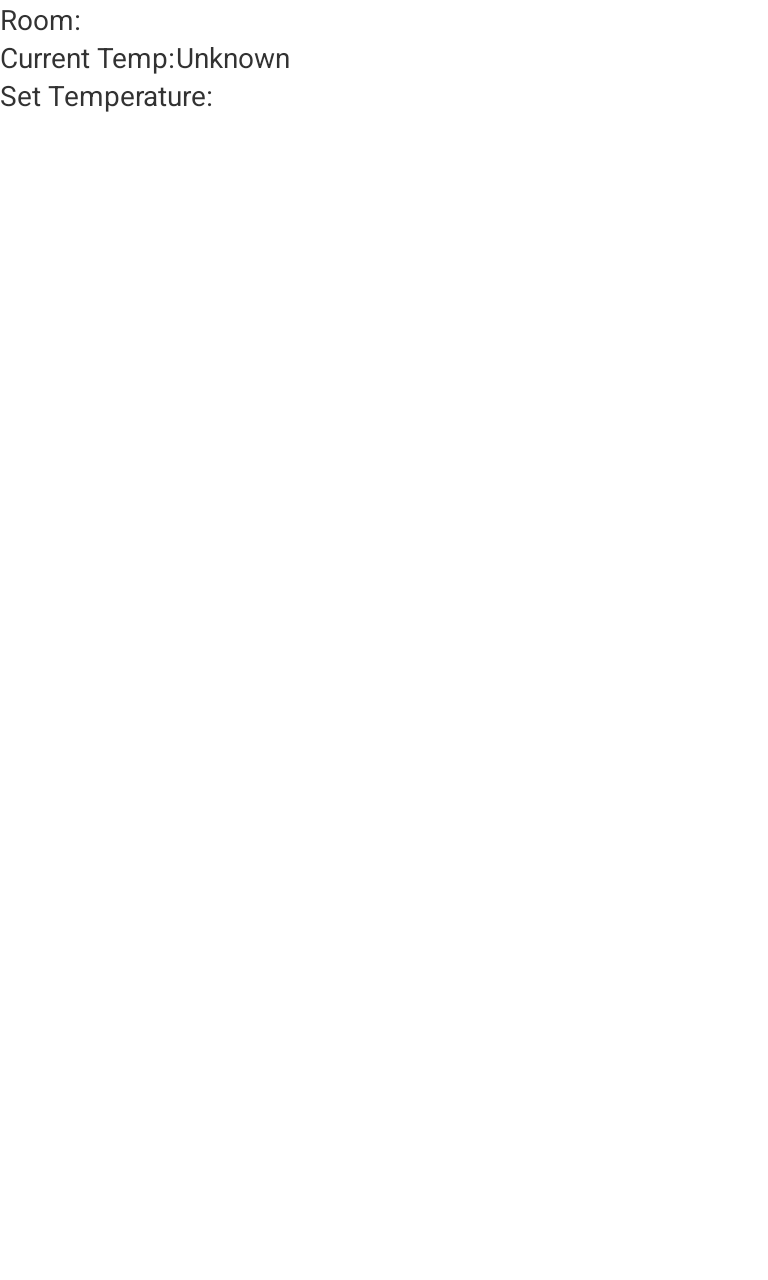
Repository: finerrecliner/SmartVent
Layout: SmartVent/res/layout/activity_room.xml
These files come from the project's save history. The layout is drawn as it stood at one moment and after the next save; the edit follows.
It is drawn on a 768 x 1280 px phone screen (xhdpi) without system bars, with theme AppTheme; the app's code is not run.

Above is the layout before, as saved 2013-11-02 17:46:20.

### SmartVent/res/layout/activity_room.xml
<LinearLayout xmlns:android="http://schemas.android.com/apk/res/android"
    xmlns:tools="http://schemas.android.com/tools"
    android:layout_width="match_parent"
    android:layout_height="match_parent"
    android:gravity="fill_vertical"
    android:orientation="vertical"
    tools:context=".RoomActivity" >

    <TextView
        android:layout_width="match_parent"
        android:layout_height="wrap_content"
        android:text="@string/room_label" />

    <LinearLayout
        android:id="@+id/current_temp_row"
        android:layout_width="match_parent"
        android:layout_height="wrap_content" >

        <TextView
            android:layout_width="wrap_content"
            android:layout_height="wrap_content"
            android:text="@string/current_temp" />

        <TextView
            android:id="@+id/current_temp_val"
            android:layout_width="wrap_content"
            android:layout_height="wrap_content"
            android:layout_gravity="right"
            android:text="@string/unknown" />
    </LinearLayout>

    <LinearLayout
        android:id="@+id/set_temp_row"
        android:layout_width="match_parent"
        android:layout_height="wrap_content" >

        <TextView
            android:layout_width="wrap_content"
            android:layout_height="wrap_content"
            android:text="@string/set_temperature" />


    </LinearLayout>

</LinearLayout>

### SmartVent/res/values/strings.xml
<?xml version="1.0" encoding="utf-8"?>
<resources>

    <string name="app_name">SmartVent</string>
    <string name="hello_world">Hello world!</string>
    <string name="menu_settings">Settings</string>
    <string name="current_temp">Current Temp:</string>
    <string name="room_label">Room:</string>
    <string name="set_temperature">Set Temperature:</string>
    <string name="unknown">Unknown</string>

</resources>

Loaded but not shown: SmartVent/res/values/styles.xml (common file); SmartVent/res/values-v11/styles.xml (common file); SmartVent/res/values-v14/styles.xml (common file)

After the next save:
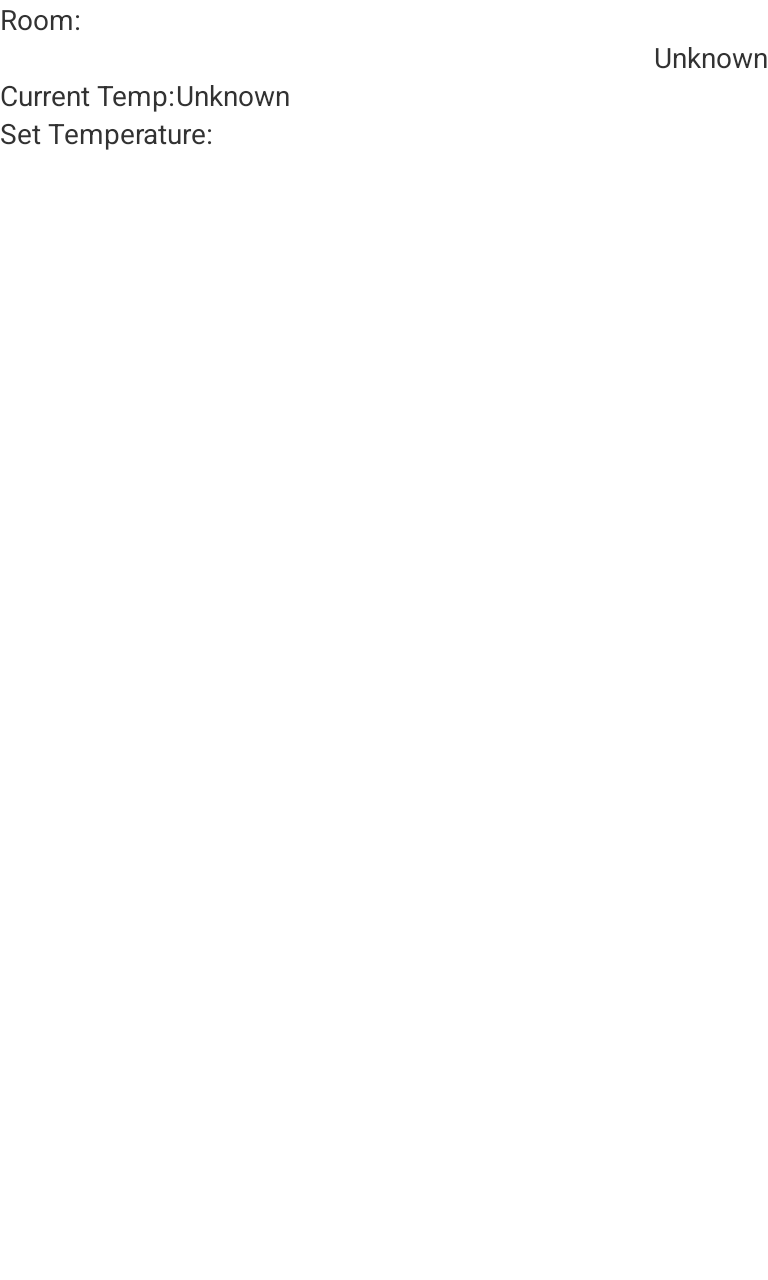
Saved 68 s later.
--- a/SmartVent/res/layout/activity_room.xml
+++ b/SmartVent/res/layout/activity_room.xml
@@ -10,6 +10,13 @@
         android:layout_width="match_parent"
         android:layout_height="wrap_content"
         android:text="@string/room_label" />
+
+    <TextView
+	    android:id="@+id/room_val"
+	    android:layout_width="wrap_content"
+	    android:layout_height="wrap_content"
+	    android:layout_gravity="right"
+	    android:text="@string/unknown" />
 
     <LinearLayout
         android:id="@+id/current_temp_row"
